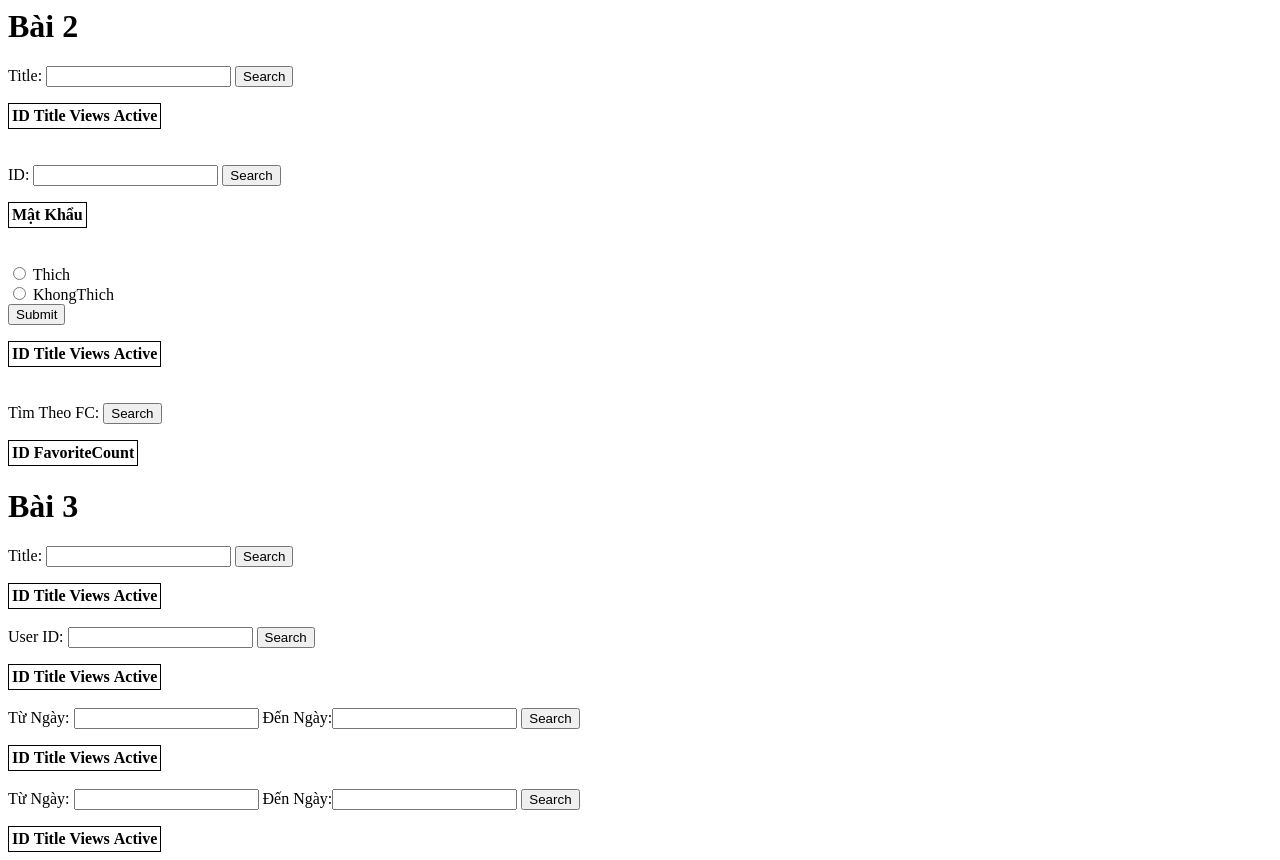
Repository: Hacorbie/Java-Servlet
Page: http://localhost/ASM_JV4/views/NewFile.jsp
An editor plug-in stored every save of this project. The page is shown before and after the next save, followed by the edit.
The browser window is 1280 px wide. The pictures show the whole page.
The page is served by Tomcat 9. Other server files are loaded and not shown. The template is opened directly, without the code that normally fills it, so the values that code supplies are empty.

Above is the page before, as saved 2023-04-05 08:33:55.

### ASM_JV4/src/main/webapp/views/NewFile.jsp
<%@ taglib uri="http://java.sun.com/jsp/jstl/core" prefix="c"%>
<%@ page language="java" contentType="text/html; charset=UTF-8"
	pageEncoding="UTF-8"%>
<html>
<meta charset="UTF-8">
<head>
<title>Search Videos</title>
</head>
<body>
	<h1>Bài 2</h1>
	<c:url var =  "url" value ="/Lab6"></c:url>
	<form action="${url}/SearchVid" method="POST">
		<label>Title:</label> <input type="text" name="searchvid">
		<button type="submit">Search</button>
	</form>
	<table style="border: 1px solid black">
		<thead>
			<tr>
				<th>ID</th>
				<th>Title</th>
				<th>Views</th>
				<th>Active</th>
			</tr>
		</thead>
		<tbody>
			<c:forEach items="${videos}" var="video">
				<tr>
					<td>${video.id}</td>
					<td>${video.title}</td>
					<td>${video.views}</td>
					<td>${video.active}</td>
				</tr>
			</c:forEach>
		</tbody>
	</table>
	<br>
	<br>
	<form action="${url}/SearchUser" method="POST">
		<label>ID:</label> <input type="text" name="searchUserByVid">
		<button type="submit">Search</button>

	</form>
	<table style="border: 1px solid black">
			<thead>
				<tr>
					<th>Mật Khẩu</th>

				</tr>
			</thead>
			<tbody>
				<c:forEach items="${users}" var="user">
					<tr>
						<td>${user.password}</td>
					</tr>
				</c:forEach>
			</tbody>
		</table>
		<br> <br>
	<form action="${url}/SearchVidByF" method="POST">
		<input type="radio" name ="thichh" value = "yes" >
			<label> Thich</label><br>
			<input type="radio" name ="thichh" value = "no">
			<label> KhongThich</label><br>
				<input type="submit" />
	</form>
			<table style="border: 1px solid black">
			<thead>
				<tr>
					<th>ID</th>
					<th>Title</th>
					<th>Views</th>
					<th>Active</th>

				</tr>
			</thead>
			<tbody>
				<c:forEach items="${videofs}" var="videof">
					<tr>
						<td>${videof.id}</td>
						<td>${videof.title}</td>
						<td>${videof.views}</td>
						<td>${videof.active}</td>
					</tr>
				</c:forEach>
			</tbody>
		</table>
		<br> <br>
	<form action="${url}/SearchVidByCount" method="POST">
	<label>Tìm Theo FC:</label>
		<button type="submit">Search</button>
	</form>

			<table style="border: 1px solid black">
			<thead>
				<tr>
					<th>ID</th>
					<th>FavoriteCount</th>

				</tr>
			</thead>
			<tbody>
				<c:forEach items="${rps}" var="rp">
					<tr>
						<td>${rp.groupp}</td>
					<td>${rp.likes}</td>
					</tr>
				</c:forEach>
			</tbody>
		</table>
		<h1>Bài 3</h1>
		<form action="${url}/SearchVid" method="POST">
		<label>Title:</label> <input type="text" name="searchvid">
		<button type="submit">Search</button>
	</form>
	<table style="border: 1px solid black">
		<thead>
			<tr>
				<th>ID</th>
				<th>Title</th>
				<th>Views</th>
				<th>Active</th>
			</tr>
		</thead>
		<tbody>
			<c:forEach items="${videoss}" var="videosss">
				<tr>
					<td>${videosss.id}</td>
					<td>${videosss.title}</td>
					<td>${videosss.views}</td>
					<td>${videosss.active}</td>
				</tr>
			</c:forEach>
		</tbody>
	</table>
	<br>
	<form action="${url}/SearchVidByU" method="POST">
		<label>User ID:</label> <input type="text" name="searchvivi">
		<button type="submit">Search</button>
	</form>
	<table style="border: 1px solid black">
		<thead>
			<tr>
				<th>ID</th>
				<th>Title</th>
				<th>Views</th>
				<th>Active</th>
			</tr>
		</thead>
		<tbody>
			<c:forEach items="${vivis}" var="vivi">
				<tr>
					<td>${vivi.id}</td>
					<td>${vivi.title}</td>
					<td>${vivi.views}</td>
					<td>${vivi.active}</td>
				</tr>
			</c:forEach>
		</tbody>
	</table>
	<br>
	<form action="${url}/SearchVidByM" method="POST">
		<label>Từ Ngày:</label> <input type="text" name="searchvimf"> <label>Đến Ngày:</label><input type="text" name="searchvimt">
		<button type="submit">Search</button>
	</form>
	<table style="border: 1px solid black">
		<thead>
			<tr>
				<th>ID</th>
				<th>Title</th>
				<th>Views</th>
				<th>Active</th>
			</tr>
		</thead>
		<tbody>
			<c:forEach items="${vivims}" var="vivim">
				<tr>
					<td>${vivim.id}</td>
					<td>${vivim.title}</td>
					<td>${vivim.views}</td>
					<td>${vivim.active}</td>
				</tr>
			</c:forEach>
		</tbody>
	</table>
	<br>
	<form action="${url}/SearchVidByIM" method="POST">
		<label>Từ Ngày:</label> <input type="text" name="searchvimf"> <label>Đến Ngày:</label><input type="text" name="searchvimt">
		<button type="submit">Search</button>
	</form>
	<table style="border: 1px solid black">
		<thead>
			<tr>
				<th>ID</th>
				<th>Title</th>
				<th>Views</th>
				<th>Active</th>
			</tr>
		</thead>
		<tbody>
			<c:forEach items="${vivims}" var="vivim">
				<tr>
					<td>${vivim.id}</td>
					<td>${vivim.title}</td>
					<td>${vivim.views}</td>
					<td>${vivim.active}</td>
				</tr>
			</c:forEach>
		</tbody>
	</table>
</body>
</html>

After the next save:
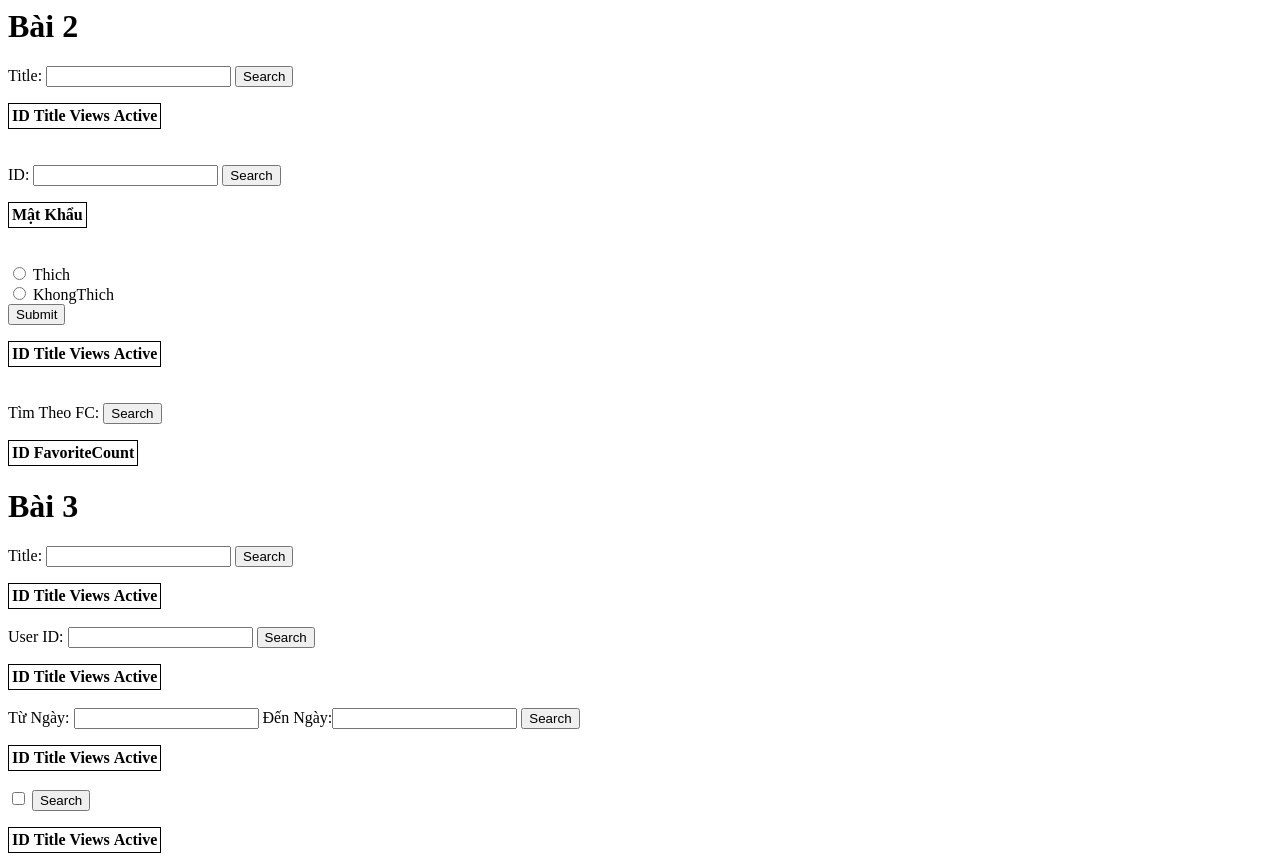
Saved 16 s later.
--- a/ASM_JV4/src/main/webapp/views/NewFile.jsp
+++ b/ASM_JV4/src/main/webapp/views/NewFile.jsp
@@ -184,7 +184,7 @@
 	</table>
 	<br>
 	<form action="${url}/SearchVidByIM" method="POST">
-		<label>Từ Ngày:</label> <input type="text" name="searchvimf"> <label>Đến Ngày:</label><input type="text" name="searchvimt">
+		<input type="checkbox" name ="thichh" value = "yes" >
 		<button type="submit">Search</button>
 	</form>
 	<table style="border: 1px solid black">
